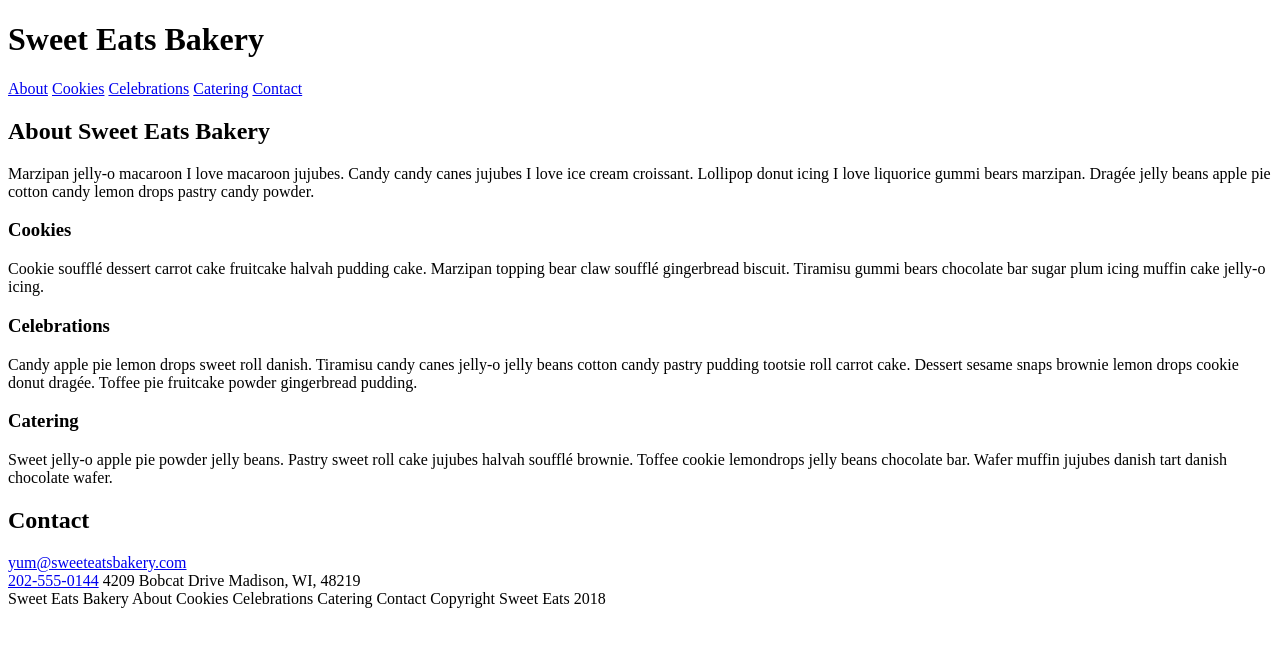
Repository: yoshimario/web-module-challenge-user-interface
Page: index.html
These files come from the project's save history. The page is drawn as it stood at one moment and after a run of saves; the edit follows.
The browser window is 1280 px wide. The pictures show the whole page.
Some web fonts or font styles are not loaded; a fallback is used.

Above is the page before, as saved 2023-05-15 00:27:03.

### index.html
<!DOCTYPE html>
<html lang="en">

<head>
<meta charset="UTF-8">
<!-- import your css file -->
<link href="https://fonts.googleapis.com/css?family=Gaegu|Roboto" rel="stylesheet">
<title>Sweet Eats Bakery</title>
</head>

<body>

<!-- company name -->
<h1>Sweet Eats Bakery</h1>

<!-- Navigation -->
<nav>
<a href="#">About</a>
<a href="#">Cookies</a>
<a href="#">Celebrations</a>
<a href="#">Catering</a>
<a href="#">Contact</a>
</nav>

</header>
<!-- Image https://tk-assets.lambdaschool.com/bcf76f62-2431-4c22-b466-2e711f3da2b9_ui-i-bakery-main-header.png -->

<!-- Marketing header -->
<section>
<h2>About Sweet Eats Bakery </h2>

<p>Marzipan jelly-o macaroon I love macaroon jujubes. Candy candy canes jujubes I love ice cream croissant. Lollipop
donut icing I love liquorice gummi bears marzipan. Dragée jelly beans apple pie cotton candy lemon drops pastry candy
powder.</p>
</section>
<!-- content -->

<!-- Image https://tk-assets.lambdaschool.com/7393a8fd-c8e5-4003-921f-79e0d546d02c_ui-i-bakery-cookies.png -->
<section>
    <h3>Cookies</h3>

Cookie soufflé dessert carrot cake fruitcake halvah pudding cake. Marzipan topping bear claw soufflé gingerbread
biscuit. Tiramisu gummi bears chocolate bar sugar plum icing muffin cake jelly-o icing.

<!-- Image https://tk-assets.lambdaschool.com/297378d6-9c89-430f-9d2e-46ae3d5edce8_ui-i-bakery-cupcake-i.png -->
<h3>Celebrations</h3>

<p>Candy apple pie lemon drops sweet roll danish. Tiramisu candy canes jelly-o jelly beans cotton candy pastry pudding
tootsie roll carrot cake. Dessert sesame snaps brownie lemon drops cookie donut dragée. Toffee pie fruitcake powder
gingerbread pudding.</p>

    <!-- Image https://tk-assets.lambdaschool.com/ab0cb095-5900-476c-b042-aea065d3dbbf_ui-i-bakery-celebrate.png -->
<h3>Catering</h3>

<p>Sweet jelly-o apple pie powder jelly beans. Pastry sweet roll cake jujubes halvah soufflé brownie. Toffee cookie
lemondrops jelly beans chocolate bar. Wafer muffin jujubes danish tart danish chocolate wafer.</p>
</section>
<section>
<h2>Contact</h2>

<a href="mailto:yum@sweeteatsbakery.com">yum@sweeteatsbakery.com</a><br>
<a href="tel:202-555-0144">202-555-0144</a>
4209 Bobcat Drive
Madison, WI, 48219
</section>
<!-- footer -->
Sweet Eats Bakery

About
Cookies
Celebrations
Catering
Contact

Copyright Sweet Eats 2018
</body>

</html>

After the next 2 saves:
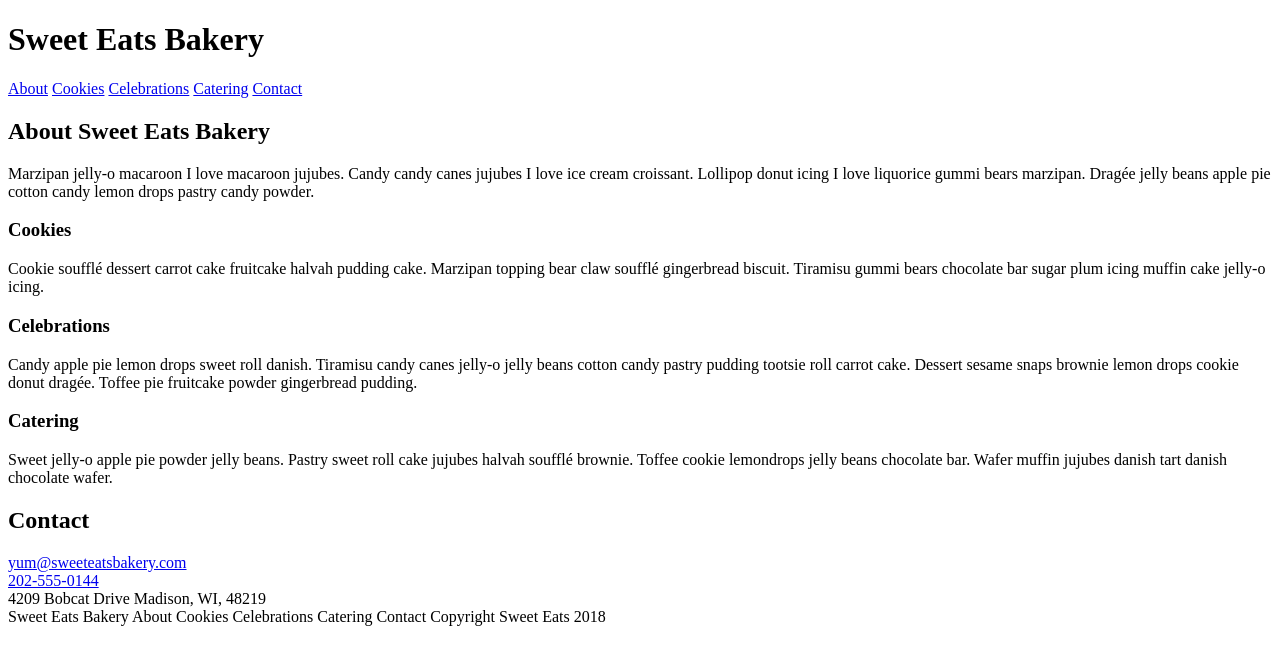
The 2 saves are shown as one change because they came seconds apart.
The last was saved 11 s later.
--- a/index.html
+++ b/index.html
@@ -59,7 +59,7 @@ lemondrops jelly beans chocolate bar. Wafer muffin jujubes danish tart danish ch
 <h2>Contact</h2>
 
 <a href="mailto:yum@sweeteatsbakery.com">yum@sweeteatsbakery.com</a><br>
-<a href="tel:202-555-0144">202-555-0144</a>
+<a href="tel:202-555-0144">202-555-0144</a><br>
 4209 Bobcat Drive
 Madison, WI, 48219
 </section>
